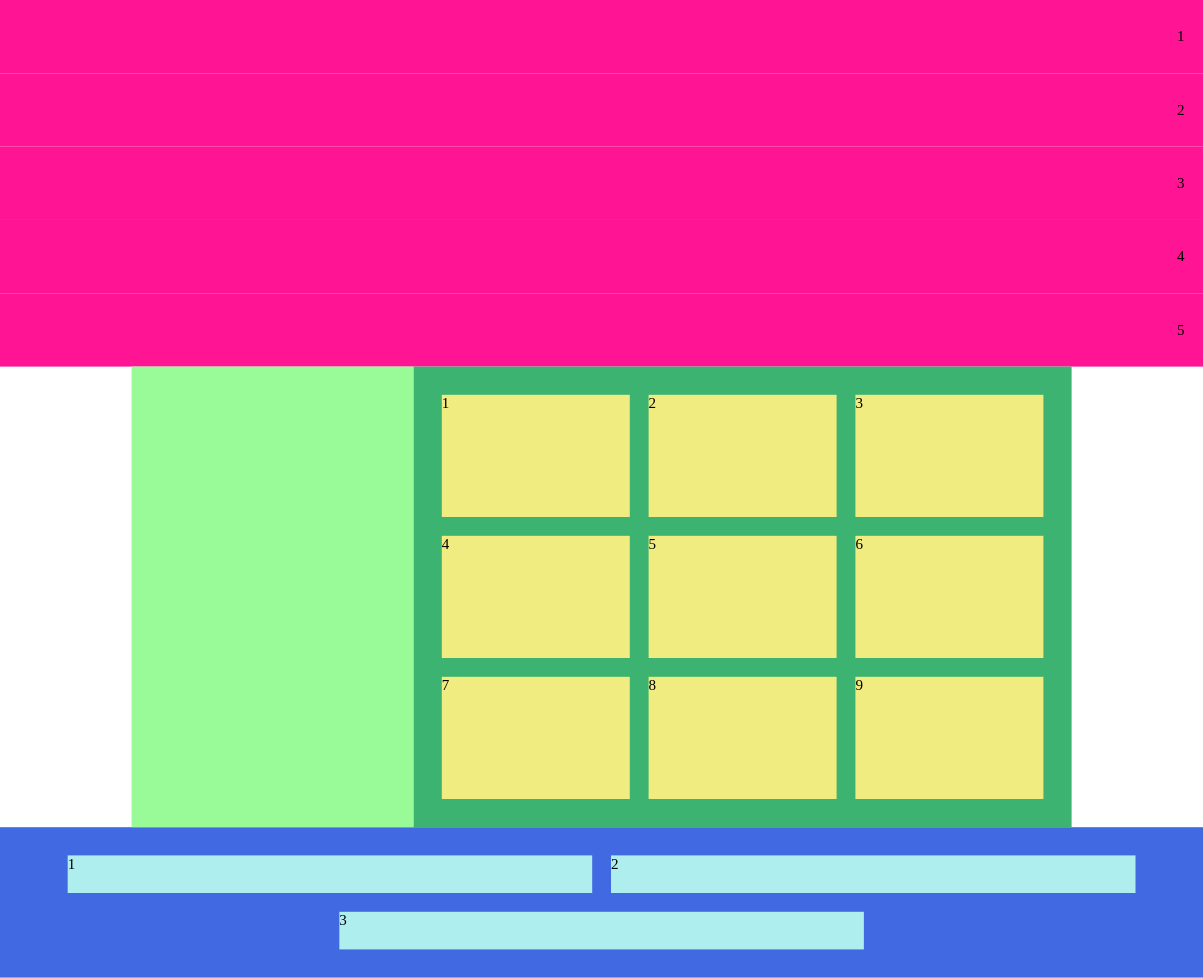
Repository: TsuKou/MainContents
Page: flex1/flex1.html
The author's editor kept a record of every edit. The page is drawn from the files as they stood at one moment, then again after the next edit.
The browser window is 1280 px wide. The pictures show the whole page, at 94% of full size.

Above is the page before.

### flex1/flex1.html
<!DOCTYPE>
<html lang="ja">

  <head>
    <meta charset="UTF-8" />
    <link rel="stylesheet" href="flex1.css" />
    <title>flex_ensyuu</title>
  </head>

  <body>

      <header>
        <div class="h-box-g">
          <div class="h-box">1</div>
          <div class="h-box">2</div>
          <div class="h-box">3</div>
          <div class="h-box">4</div>
          <div class="h-box">5</div>
        </div>
      </header>

      <main>
        <div class="main-L"></div>
        <div class="main-R">
          <div class="box">1</div>
          <div class="box">2</div>
          <div class="box">3</div>
          <div class="box">4</div>
          <div class="box">5</div>
          <div class="box">6</div>
          <div class="box">7</div>
          <div class="box">8</div>
          <div class="box">9</div>
        </div>
      </main>

      <footer>
        <div class="f-box-g">
          <div class="f-box">1</div>
          <div class="f-box">2</div>
          <div class="f-box">3</div>
        </div>
      </footer>

  </body>
</html>

### flex1/flex1.css
* {
  margin: 0;
  padding: 0;
  box-sizing: border-box;
}

.h-box {
  background-color: #ff1493;
  padding: 30px 20px;
  display: flex;
  justify-content: flex-end;
}

.h-box > div {
  background-color: #ffc0cb;
  flex-basis: 140px;
  height: 70px;
  margin: 0 10px;
}


.h-box > :first-child {
  margin-right: auto;
}


main {
  display: flex;
  justify-content: center;
}

.main-L {
  width: 300px;
  background-color: #98fb98;
}

.main-R {
  max-width: 700px;
  padding: 20px;
  background-color: #3cb371;
  flex-grow: 1;
  display: flex;
  flex-wrap: wrap;
  justify-content: center;
}

.box {
  height: 130px;
  flex-basis: 200px;
  background-color: #f0ec80;
  margin: 10px;
}

footer {
  width: 100%;
  background-color: #4169e1;
}

.f-box-g {
  padding: 20px;
  display: flex;
  flex-wrap: wrap;
  justify-content: center;
}

.f-box-g > div {
  background-color: #afeeee;
  flex-basis: 45%;
}

.f-box {
  max-width: 600px;
  height: 40px;
  margin: 10px;
}

After the next edit:
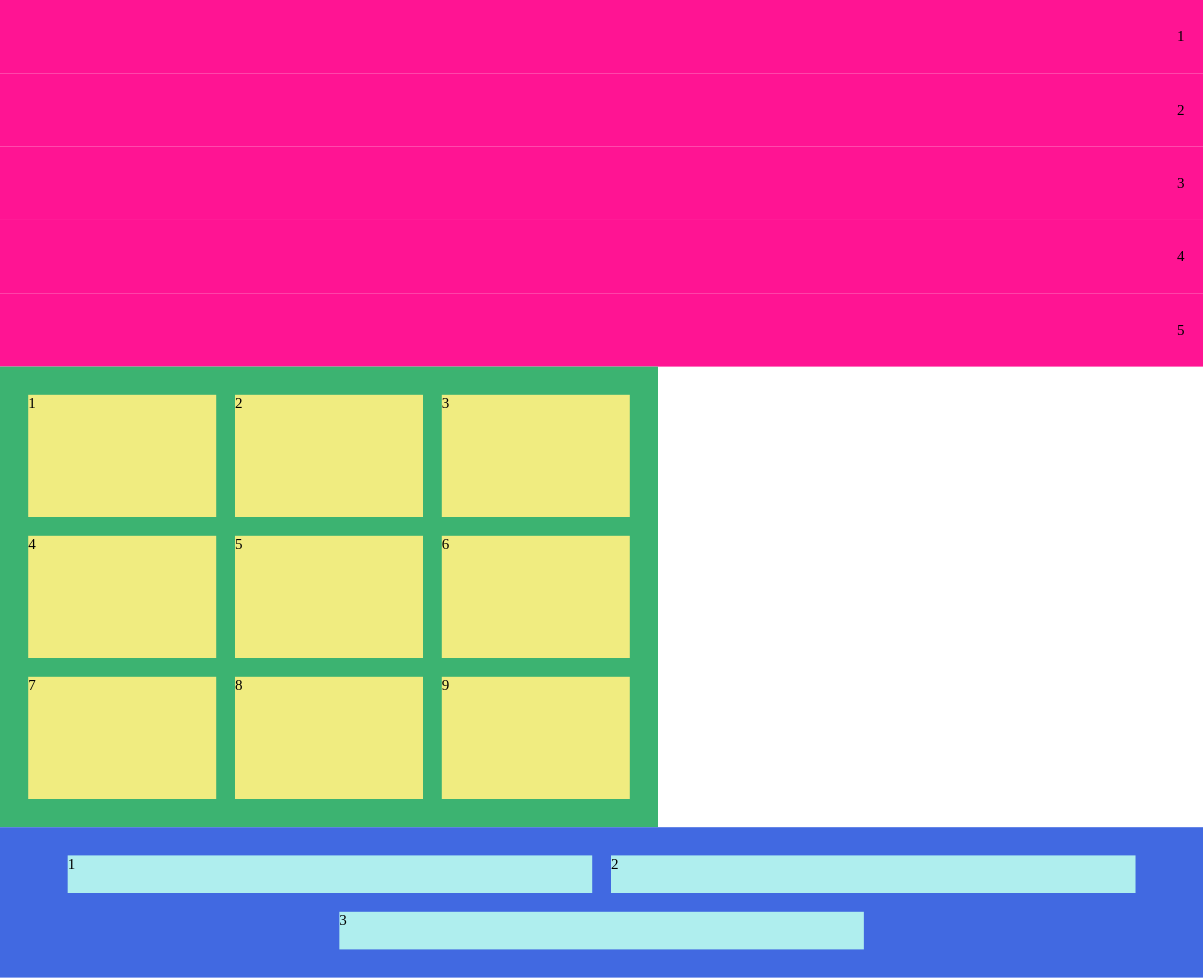
The edit:
--- a/flex1/flex1.css
+++ b/flex1/flex1.css
@@ -24,7 +24,7 @@
 }
 
 
-main {
+.main {
   display: flex;
   justify-content: center;
 }
